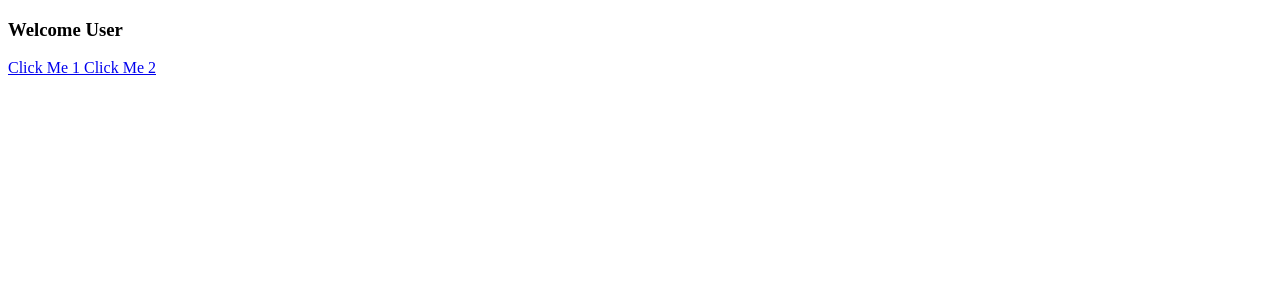
Repository: adhiraj-adhi/Spring_Programs
Page: http://localhost/WebMVCDemo5SessionAttrributes1/
The author's editor kept a copy of each file at every save. The page is drawn from the files as they stood at one save, then again after the next save.
The browser window is 1280 px wide. The pictures show the whole page.
The page is served by Tomcat 9.

Above is the page before, as saved 2024-03-05 21:19:05.

After the next save:
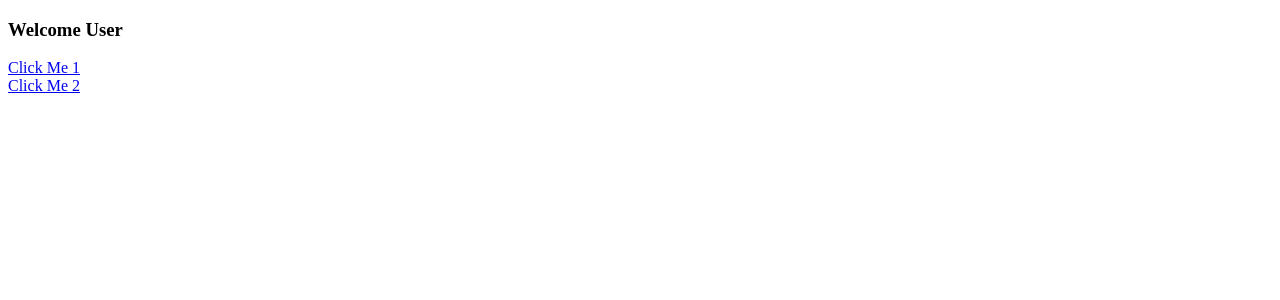
Saved 44 s later.
--- a/Web MVC/WebMVCDemo5SessionAttrributes1/src/main/webapp/index.jsp
+++ b/Web MVC/WebMVCDemo5SessionAttrributes1/src/main/webapp/index.jsp
@@ -8,7 +8,7 @@
 </head>
 <body>
 	<h3>Welcome User</h3>
-	<a href="aaa"> Click Me 1 </a>
+	<a href="aaa"> Click Me 1 </a><br/>
 	<a href="bbb"> Click Me 2 </a>
 </body>
 </html>
